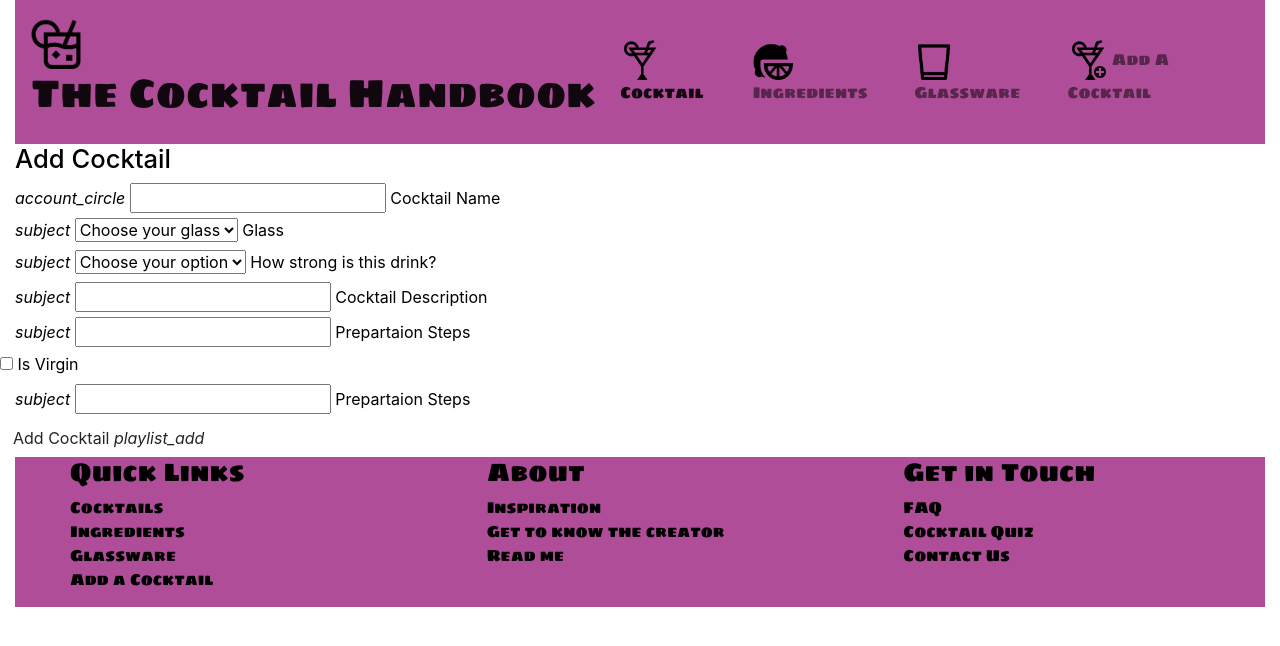
Repository: noblesaleka/cocktail_app
Page: http://localhost/add_cocktail
The author's editor kept a record of every edit. The page is drawn from the files as they stood at one moment, then again after the next edit.
The browser window is 1280 px wide. The pictures show the whole page.
The page is served by the project's application, run on Flask 3 (app.py). Queries for data that is not in the repository find no rows.

Above is the page before.
Console error: TypeError: $(...).formSelect is not a function

After the next edit:
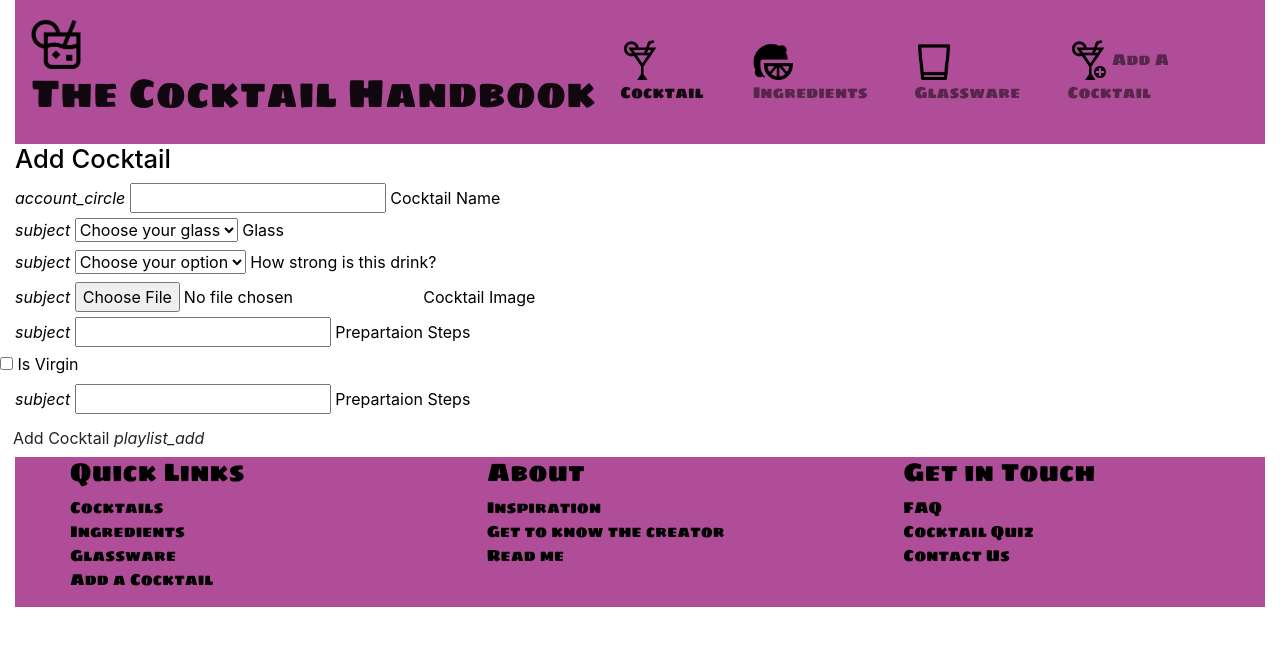
The edit:
--- a/templates/addCocktail.html
+++ b/templates/addCocktail.html
@@ -42,8 +42,8 @@
         <div class="row">
             <div class="input-field col s12">
                 <i class="material-icons prefix">subject</i>
-                <input id="cocktail_description" name="cocktail_description" type="text" class="validate">
-                <label for="cocktail_description">Cocktail Description</label>
+                <input id="cocktail_image" name="cocktail_image" type="file" class="">
+                <label for="cocktail_image">Cocktail Image</label>
             </div>
         </div>
 
